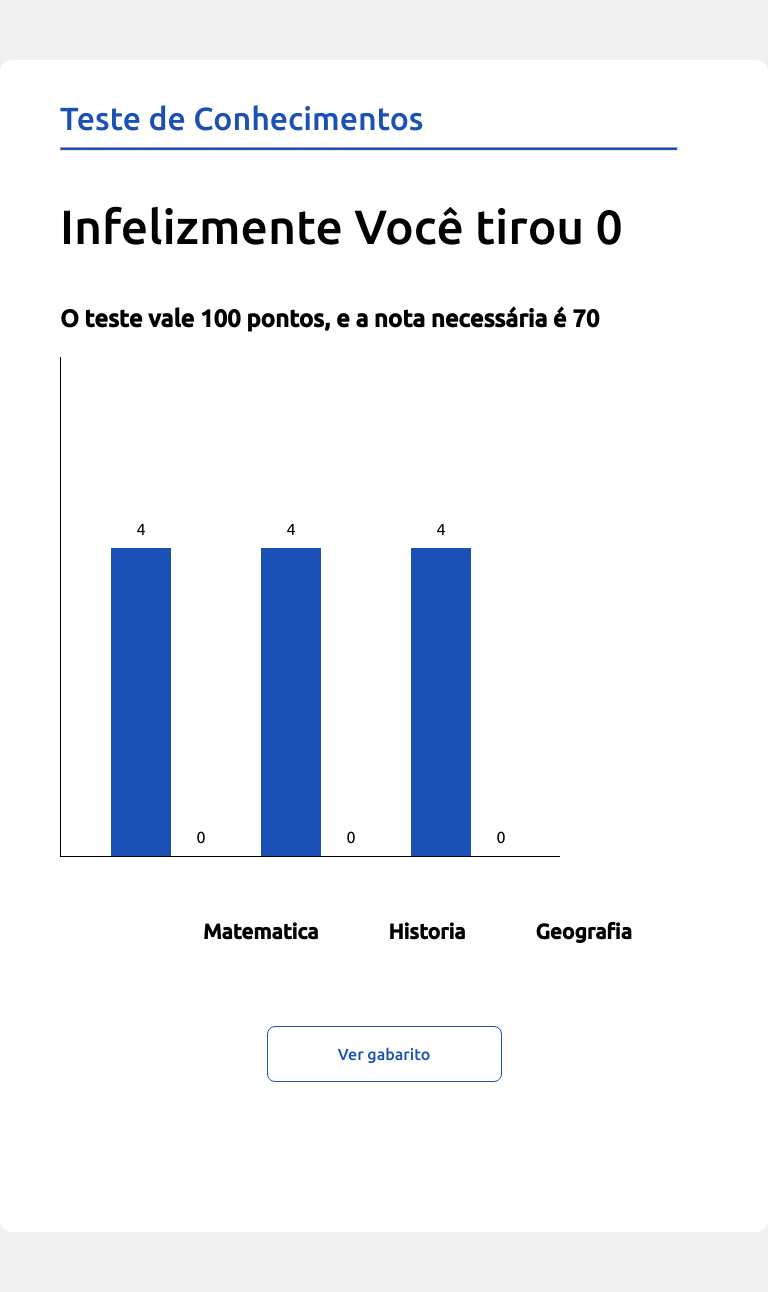
Repository: Delei09/desafioPerguntas
Page: /resultado (app in frontend/)
An editor plug-in stored every save of this project. The page is shown before and after the next save, followed by the edit.
The browser window is 768 px wide. The pictures show the whole page.
The project was rebuilt for these pictures with package versions that can differ from the ones it lists, and the page was loaded fresh each time. A package was used in the major version that the imports need, not the one package.json lists. Also part of the build but not shown: frontend/src/styles/home.scss, frontend/src/page/Home.tsx, frontend/src/styles/gabarito.scss, frontend/src/page/Gabarito.tsx.

Above is the page before, as saved 2021-08-19 16:28:44.

After the next save:
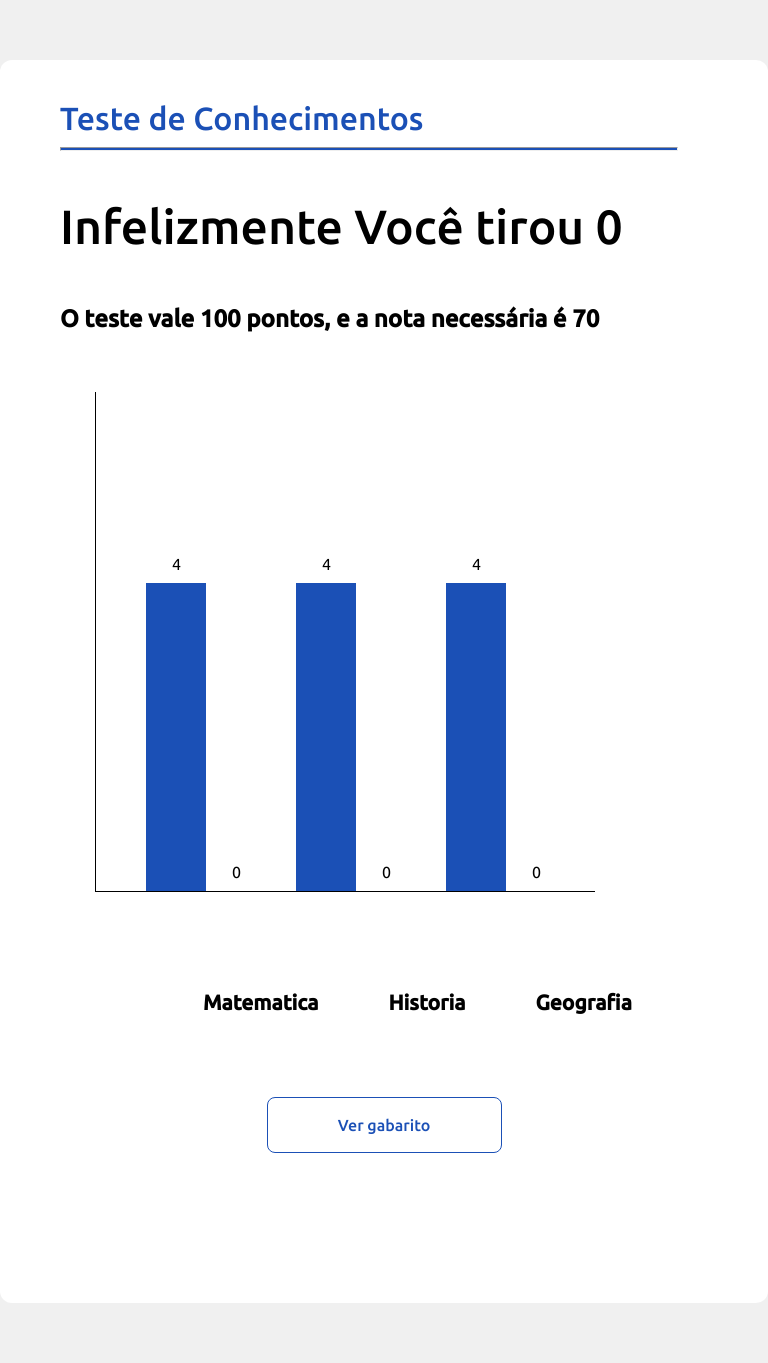
Saved 7 s later.
--- a/frontend/src/styles/resultado.scss
+++ b/frontend/src/styles/resultado.scss
@@ -90,6 +90,6 @@ text-align: left;
 @media screen and (max-width:850px) {
   .divResultadoGrafico{
     max-width: 500px;
-    margin: 0;
+    margin: 5%;
   }
 }
